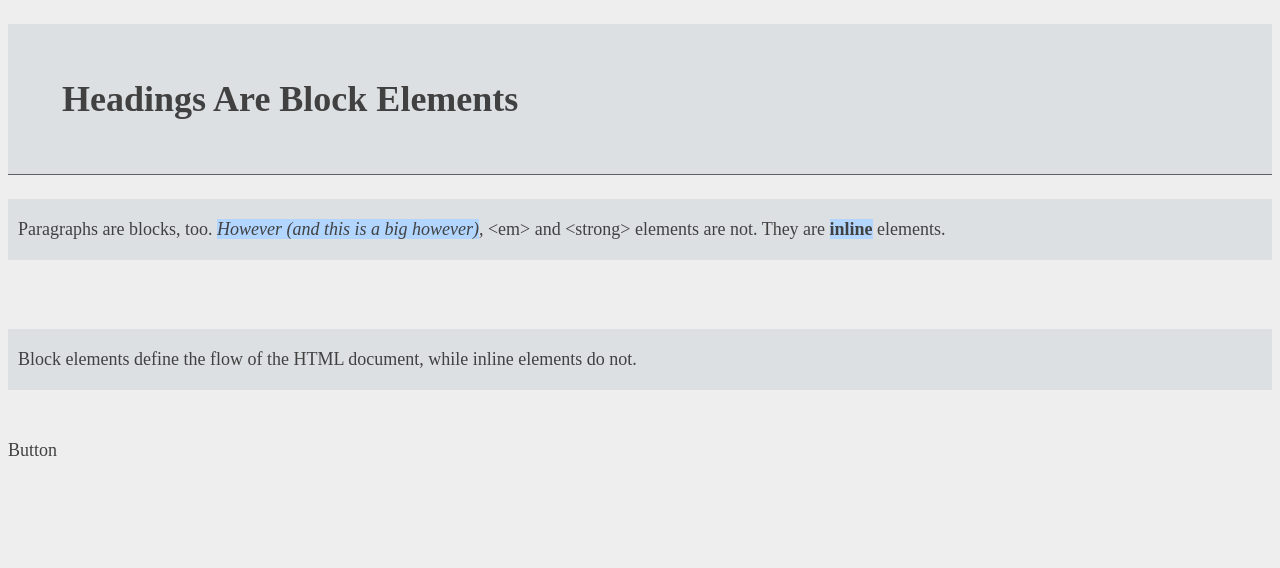
Repository: devinsheldon/CS-260
Page: CS260-F2022/environment/public_html/css-box-model/boxes.html
The author's editor kept a record of every edit. The page is drawn from the files as they stood at one moment, then again after the next edit.
The browser window is 1280 px wide. The pictures show the whole page.

Above is the page before.

### CS260-F2022/environment/public_html/css-box-model/boxes.html
<!DOCTYPE html>
<html lang='en'>
  <head>
    <meta charset='UTF-8'/>
    <title>Boxes Are Easy!</title>
    <link rel='stylesheet' href='box-styles.css'/>
  </head>
  <body>
    <h1>Headings Are Block Elements</h1>

    <p>Paragraphs are blocks, too. <em>However (and this is a big however)</em>, &lt;em&gt; and &lt;strong&gt;
       elements are not. They are <strong>inline</strong> elements.</p>

    <div style='padding-top: 1px'></div>  <!-- Now only consecutive elements can collapse into each other. -->

    <p>Block elements define the flow of the HTML document, while inline elements
       do not.</p>

    <div>Button</div>

  </body>
</html>

### CS260-F2022/environment/public_html/css-box-model/box-styles.css
body {
  color: #414141;               /* Dark gray */
  background-color: #EEEEEE;    /* Light gray */
  font-size: 18px;
}

h1, p {
  background-color: #DDE0E3;    /* Light gray */
}

h1 {
    padding: 1.5em;
    /*border: 1px solid #5D6063;*/
    border-bottom: 1px solid #5D6063;
}

p {
  padding-top: 20px;
  padding-bottom: 20px;
  padding-left: 10px;
  padding-right: 0px;
  /* Also written as:
  padding: 20px 0 20px 10px;  /* Top  Right  Bottom  Left */
  /*OR you can do:
  padding: 20px 10px;  /* Vertical  Horizontal */
  margin-bottom: 50px;

}

em, strong {
  background-color: #B2D6FF;    /* Light blue */
  display: inline;
}

After the next edit:
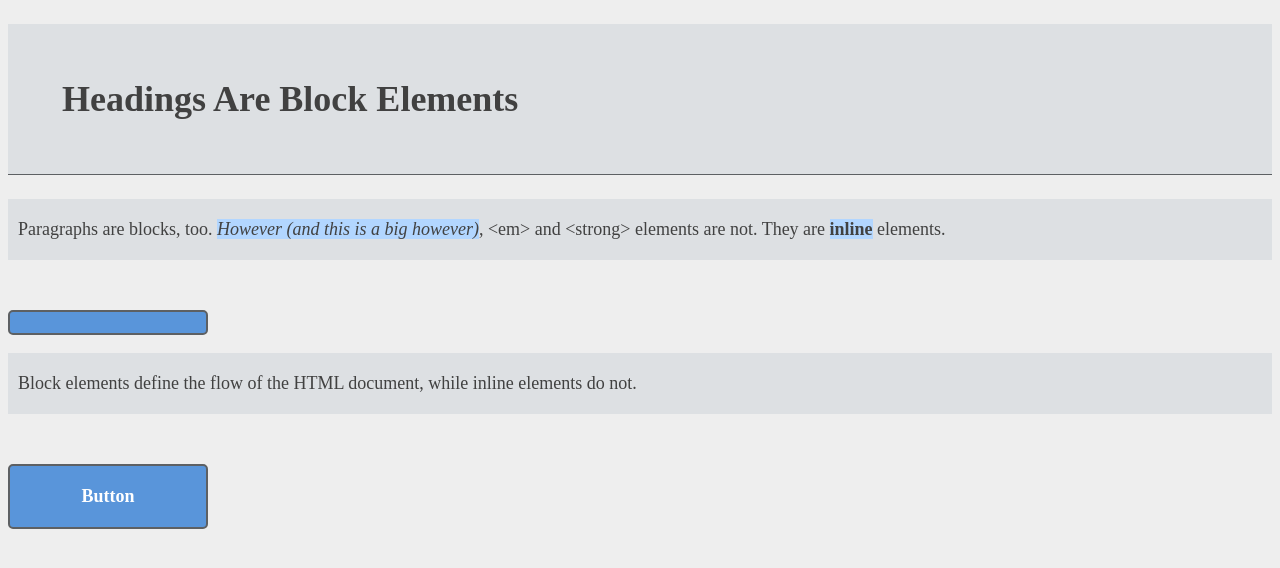
The edit:
--- a/CS260-F2022/environment/public_html/css-box-model/box-styles.css
+++ b/CS260-F2022/environment/public_html/css-box-model/box-styles.css
@@ -31,3 +31,16 @@
   background-color: #B2D6FF;    /* Light blue */
   display: inline;
 }
+
+div {
+  color: #FFF;
+  background-color: #5995DA;
+  font-weight: bold;
+  padding: 20px;
+  text-align: center;
+  border: 2px solid #5D6063;
+  border-radius: 5px;
+
+  width: 200px;
+  box-sizing: border-box;
+}
